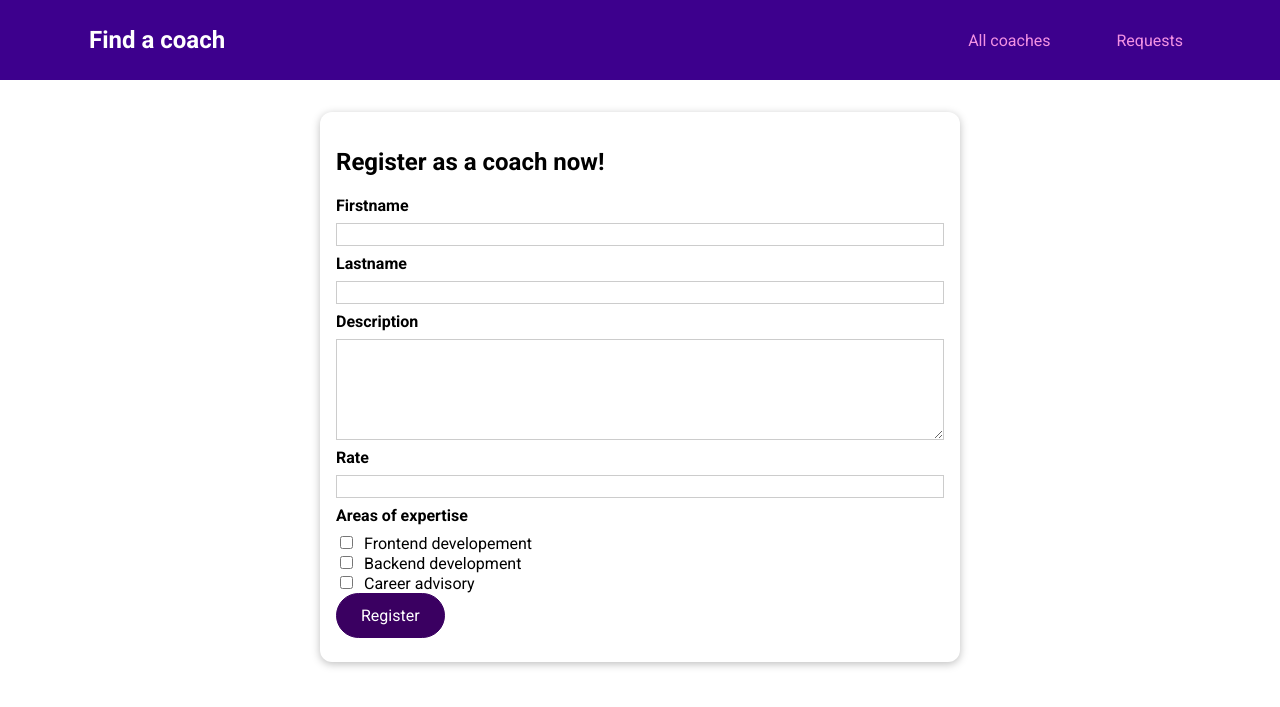
Repository: DaveBaulch/vue-course-find-a-coach
Page: /register
An editor plug-in stored every save of this project. The page is shown before and after a run of saves, followed by the edit.
The browser window is 1280 px wide. The pictures show the whole page.
The project was rebuilt for these pictures with package versions that can differ from the ones it lists, and the page was loaded fresh each time. Also part of the build but not shown: src/pages/coaches/CoachDetail.vue, src/components/coaches/CoachItem.vue, src/components/coaches/CoachFilter.vue, src/pages/coaches/CoachesList.vue, src/pages/requests/ContactCoach.vue, src/pages/requests/RequestsReceived.vue, src/components/ui/BaseBadge.vue. Imported but missing from the stored project, and not drawn on this page: src/pages/NotFound.vue.

Above is the page before, as saved 2021-01-24 10:06:10.

### src/main.js
import Vue from 'vue';
import App from './App.vue';
import router from './router';
import store from './store';
import BaseCard from './components/ui/BaseCard.vue';
import BaseButton from './components/ui/BaseButton.vue';
import BaseBadge from './components/ui/BaseBadge.vue';

Vue.config.productionTip = false;
Vue.component('base-card', BaseCard);
Vue.component('base-button', BaseButton);
Vue.component('base-badge', BaseBadge);

new Vue({
  router,
  store,
  render: (h) => h(App)
}).$mount('#app');

### src/App.vue
<template>
  <div id="app">
    <the-header />
    <router-view/>
  </div>
</template>

<script>
  import TheHeader from './components/layout/TheHeader.vue'

  export default {
    components: {
      TheHeader
    }
  }
</script>



<style>
@import url("https://fonts.googleapis.com/css2?family=Roboto:wght@400;700&display=swap");

* {
  box-sizing: border-box;
}

html {
  font-family: "Roboto", sans-serif;
}

body {
  margin: 0;
}

</style>

### src/router/index.js
import Vue from 'vue';
import VueRouter from 'vue-router';
import CoachDetail from '../pages/coaches/CoachDetail.vue';
import CoachesList from '../pages/coaches/CoachesList.vue';
import CoachRegistation from '../pages/coaches/CoachRegistration.vue';
import ContactCoach from '../pages/requests/ContactCoach.vue';
import RequestsReceived from '../pages/requests/RequestsReceived.vue';
import NotFound from '../pages/NotFound.vue';

Vue.use(VueRouter);

const routes = [
  {
    path: '/',
    redirect: '/coaches'
  },
  {
    path: '/coaches',
    component: CoachesList
  },
  {
    path: '/coaches/:id',
    component: CoachDetail,
    props: true,
    children: [
      { path: 'contact', component: ContactCoach } // /coaches/c1/contact
    ]
  },
  { path: '/register', component: CoachRegistation },
  { path: '/requests', component: RequestsReceived },
  { path: '/:notFound(.*)', component: NotFound }
];

const router = new VueRouter({
  mode: 'history',
  base: process.env.BASE_URL,
  routes
});

export default router;

### src/store/index.js
import Vue from 'vue';
import Vuex from 'vuex';
import coachesModule from './modules/coaches/index.js';

Vue.use(Vuex);

const store = new Vuex.Store({
  modules: {
    coaches: coachesModule
  },
  state() {
    return {
      userId: 'c3'
    };
  },
  getters: {
    userId(state) {
      return state.userId;
    }
  }
});

export default store;

### src/components/ui/BaseButton.vue
<template>
  <button v-if="!link" :class="mode">
    <slot></slot>
  </button>
  <router-link v-else :to="to" :class="mode">
    <slot></slot>
  </router-link>
</template>

<script>
export default {
  props: {
    mode: {
      type: String,
      required: false,
      default: null
    },
    link: {
      type: Boolean,
      required: false,
      default: false
    },
    to: {
      type: String,
      required: false,
      default: false
    }
  }
};
</script>

<style scoped>
button,
a {
  text-decoration: none;
  padding: 0.75rem 1.5rem;
  font: inherit;
  background-color: #3a0061;
  border: 1px solid #3a0061;
  color: white;
  cursor: pointer;
  border-radius: 30px;
  margin-right: 0.5rem;
  display: inline-block;
}

a:hover,
a:active,
button:hover,
button:active {
  background-color: #270041;
  border-color: #270041;
}

.flat {
  background-color: transparent;
  color: #3a0061;
  border: none;
}

.outline {
  background-color: transparent;
  border-color: #270041;
  color: #270041;
}

.flat:hover,
.flat:active,
.outline:hover,
.outline:active {
  background-color: #edd2ff;
}
</style>

### src/components/layout/TheHeader.vue
<template>
<header>
  <nav>
    <h1><router-link to="/">Find a coach</router-link></h1>
    <ul>
      <li><router-link to="/coaches">All coaches</router-link></li>
      <li><router-link to="/requests">Requests</router-link></li>
    </ul>
  </nav>
</header>
</template>

<script>
export default {
}
</script>

<!-- Add "scoped" attribute to limit CSS to this component only -->
<style scoped>
header {
  width: 100%;
  height: 5rem;
  background-color: #3d008d;
  display: flex;
  justify-content: center;
  align-items: center;
}

header a {
  text-decoration: none;
  color: #f391e3;
  display: inline-block;
  padding: 0.75rem 1.5rem;
  border: 1px solid transparent;
}

a:active,
a:hover,
a.router-link-active {
  border: 1px solid #f391e3;
}

h1 {
  margin: 0;
}

h1 a {
  color: white;
  margin: 0;
}

h1 a:hover,
h1 a:active,
h1 a.router-link-active {
  border-color: transparent;
}

header nav {
  width: 90%;
  margin: auto;
  display: flex;
  justify-content: space-between;
  align-items: center;
}

header ul {
  list-style: none;
  margin: 0;
  padding: 0;
  display: flex;
  justify-content: center;
  align-items: center;
}

li {
  margin: 0 0.5rem;
}
</style>

### src/pages/coaches/CoachRegistration.vue
<template>
  <section>
    <base-card>
      <h2>Register as a coach now!</h2>
      <coach-form @save-data="saveData"></coach-form>
    </base-card>
  </section>
</template>

<script>
import CoachForm from '../../components/coaches/CoachForm.vue';

export default {
  components: {
    CoachForm
  },
  computed: {
    isCoach() {
      return this.$store.getters['coaches/isCoach'];
    }
  },
  methods: {
    saveData(data) {
      this.$store.dispatch('coaches/registerCoach', data);
      this.$router.replace('/coaches');
    }
  }
};
</script>

### src/store/modules/coaches/index.js
import mutations from './mutations.js'
import actions from './actions.js'
import getters from './getters.js'

export default {
  namespaced: true,
  state() {
    return {
      coaches: [
        {
          id: 'c1',
          firstName: 'Dave',
          lastName: 'Baulch',
          areas: ['frontend', 'backend', 'career'],
          description:
            "I'm dave and I've worked as a freelance web developer for years. Let me help you become a developer as well!",
          hourlyRate: 30
        },
        {
          id: 'c2',
          firstName: 'Julie',
          lastName: 'Jones',
          areas: ['frontend', 'career'],
          description:
            'I am Julie and as a senior developer in a big tech company, I can help you get your first job or progress in your current role.',
          hourlyRate: 30
        }
      ]
    }
  },
  mutations,
  actions,
  getters
}

### src/components/coaches/CoachForm.vue
<template>
  <form @submit.prevent="submitForm">
    <div class="form-control">
      <label for="firstname">Firstname</label>
      <input type="text" id="firstname" v-model.trim="firstname" />
    </div>

    <div class="form-control">
      <label for="lastname">Lastname</label>
      <input type="text" id="lastname" v-model.trim="lastname" />
    </div>

    <div class="form-control">
      <label for="description">Description</label>
      <textarea id="description" rows="5" v-model.trim="description"></textarea>
    </div>

    <div class="form-control">
      <label for="rate">Rate</label>
      <input type="number" id="rate" v-model.number="rate" />
    </div>

    <div class="form-control">
      <h3>Areas of expertise</h3>
      <div>
        <input type="checkbox" id="frontend" value="frontend" v-model="areas" />
        <label for="frontend">Frontend developement</label>
      </div>
      <div>
        <input type="checkbox" id="backend" value="backend" v-model="areas" />
        <label for="backend">Backend development</label>
      </div>
      <div>
        <input type="checkbox" id="career" value="career" v-model="areas" />
        <label for="career">Career advisory</label>
      </div>

      <base-button>Register</base-button>
    </div>
  </form>
</template>

<script>
export default {
  emit: ['save-data'],
  data() {
    return {
      firstname: '',
      lastname: '',
      description: '',
      rate: '',
      areas: [],
      formIsValid: true
    };
  },
  methods: {
    validateForm() {},
    submitForm() {
      validateForm();

      const formData = {
        first: this.firstname,
        last: this.lastname,
        desc: this.description,
        rate: this.rate,
        areas: this.areas
      };
      console.log(formData);
      this.$emit('save-data', formData);
    }
  }
};
</script>

<style scoped>
.form-control {
  margin: 0.5rem 0;
}

label {
  font-weight: bold;
  display: block;
  margin-bottom: 0.5rem;
}

input[type='checkbox'] + label {
  font-weight: normal;
  display: inline;
  margin: 0 0 0 0.5rem;
}

input,
textarea {
  display: block;
  width: 100%;
  border: 1px solid #ccc;
  font: inherit;
}

input:focus,
textarea:focus {
  background-color: #f0e6fd;
  outline: none;
  border-color: #3d008d;
}

input[type='checkbox'] {
  display: inline;
  width: auto;
  border: none;
}

input[type='checkbox']:focus {
  outline: #3d008d solid 1px;
}

h3 {
  margin: 0.5rem 0;
  font-size: 1rem;
}

.invalid label {
  color: red;
}

.invalid input,
.invalid textarea {
  border: 1px solid red;
}
</style>

### src/store/modules/coaches/mutations.js
export default {
  registerCoach(state, payload) {
    state.coaches.push(payload);
  }
};

### src/store/modules/coaches/actions.js
export default {
  registerCoach(context, data) {
    console.log(data);
    const coachData = {
      id: context.rootGetters.userId,
      firstName: data.first,
      lastName: data.last,
      description: data.desc,
      hourlyRate: data.rate,
      areas: data.areas
    };
    console.log(coachData);
    context.commit('registerCoach', coachData);
  }
};

### src/store/modules/coaches/getters.js
export default {
  coaches(state) {
    return state.coaches;
  },
  hasCoaches(state) {
    return state.coaches && state.coaches.length > 0;
  },
  isCoach(_, getters, _2, rootGetters) {
    const coaches = getters.coaches;
    const userId = rootGetters.userId;
    return coaches.some((coach) => coach.id === userId); // return true/false if userID exists - already a coach
  }
};

Loaded but not shown: public/index.html (common file); src/components/ui/BaseCard.vue (common file)

After the next 2 saves:
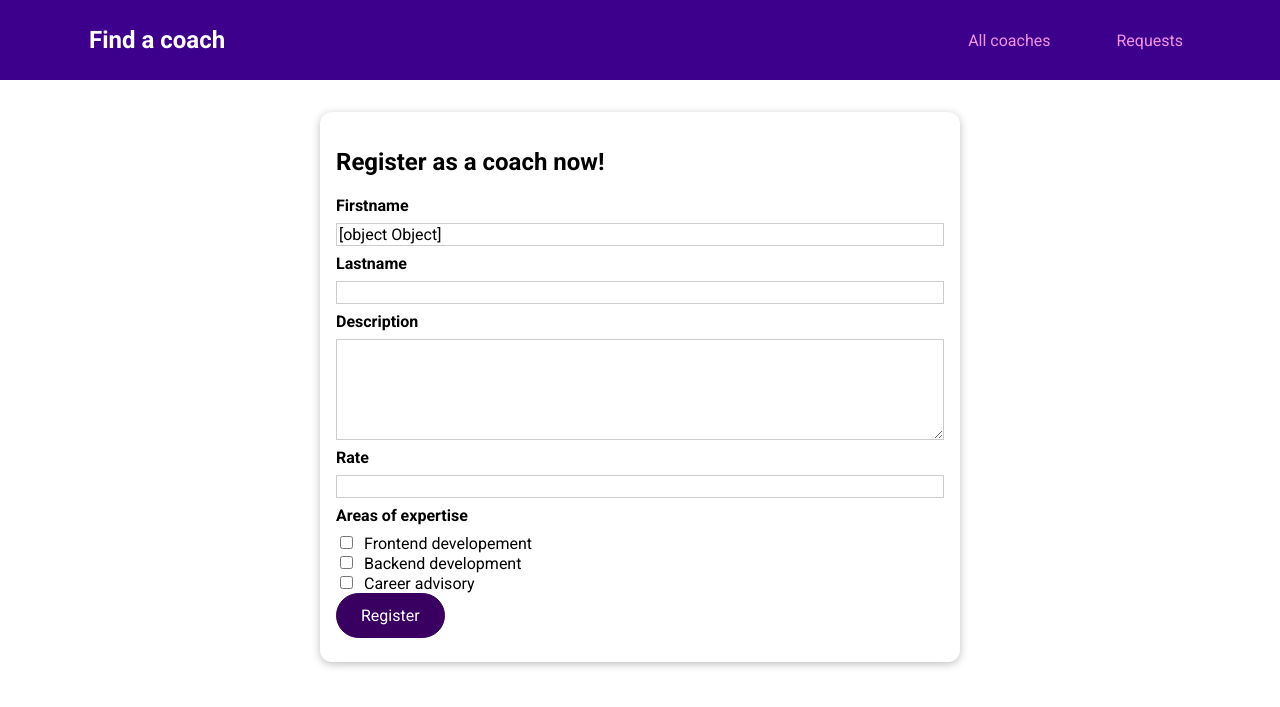
The 2 saves are shown as one change because they came seconds apart.
The last was saved 40 s later.
--- a/src/components/coaches/CoachForm.vue
+++ b/src/components/coaches/CoachForm.vue
@@ -45,7 +45,9 @@ export default {
   emit: ['save-data'],
   data() {
     return {
-      firstname: '',
+      firstname: {
+
+      },
       lastname: '',
       description: '',
       rate: '',
